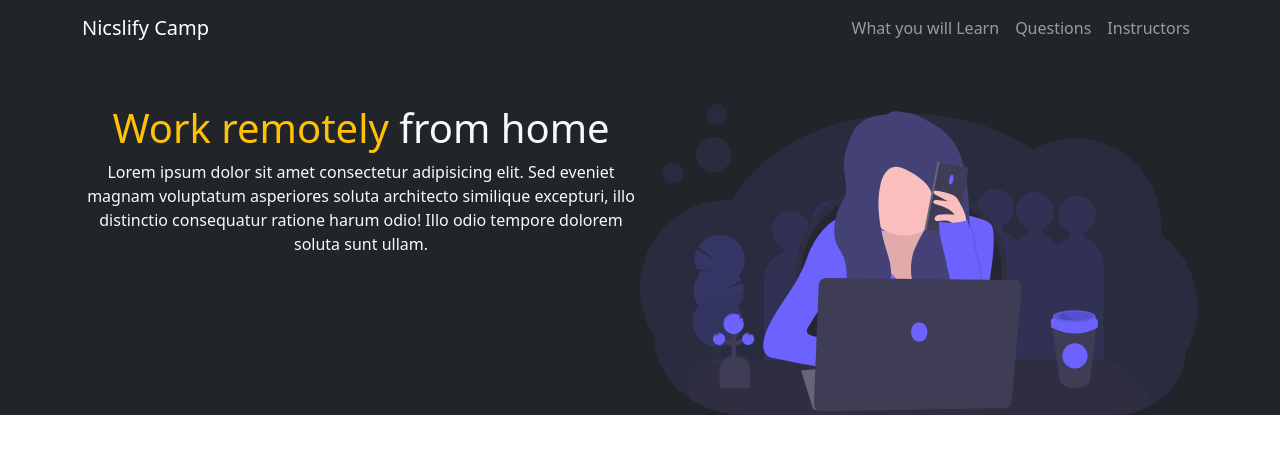
Repository: Eugene44-hub/enrollment-site
Page: index.html
The author's editor kept a copy of each file at every save. The page is drawn from the files as they stood at one save, then again after a run of saves.
The browser window is 1280 px wide. The pictures show the whole page.

Above is the page before, as saved 2021-10-19 16:29:05.

After the next 3 saves:
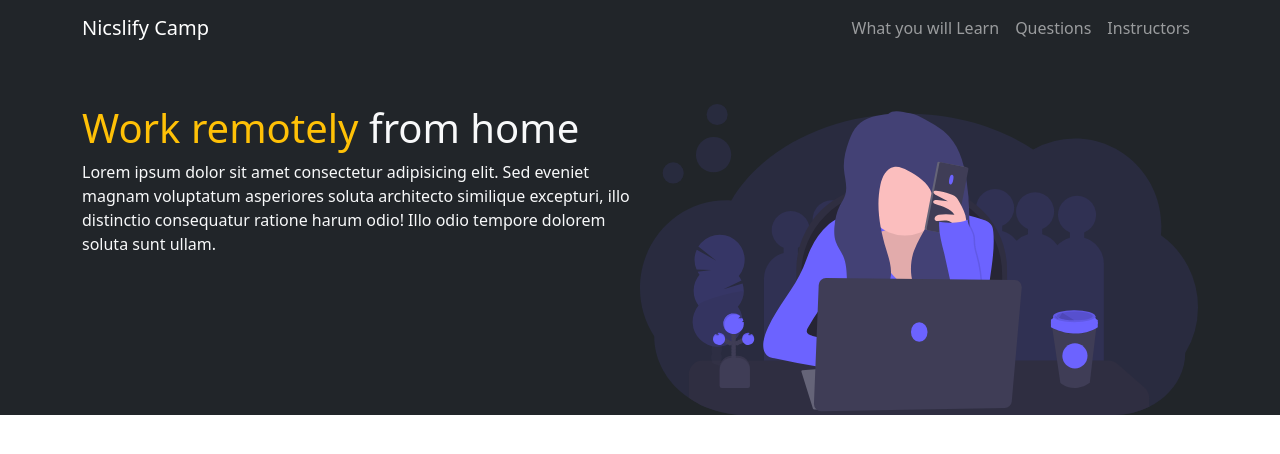
The 3 saves are shown as one change because they came seconds apart.
The last was saved 95 s later.
--- a/index.html
+++ b/index.html
@@ -40,7 +40,7 @@
 
 
     <!-- showCase starts -->
-    <section class="bg-dark text-light text-sm-center">
+    <section class="bg-dark text-light text-sm -center">
         <div class="container">
             <div class="d-md-flex pt-5">
                 <div>

After the save that followed:
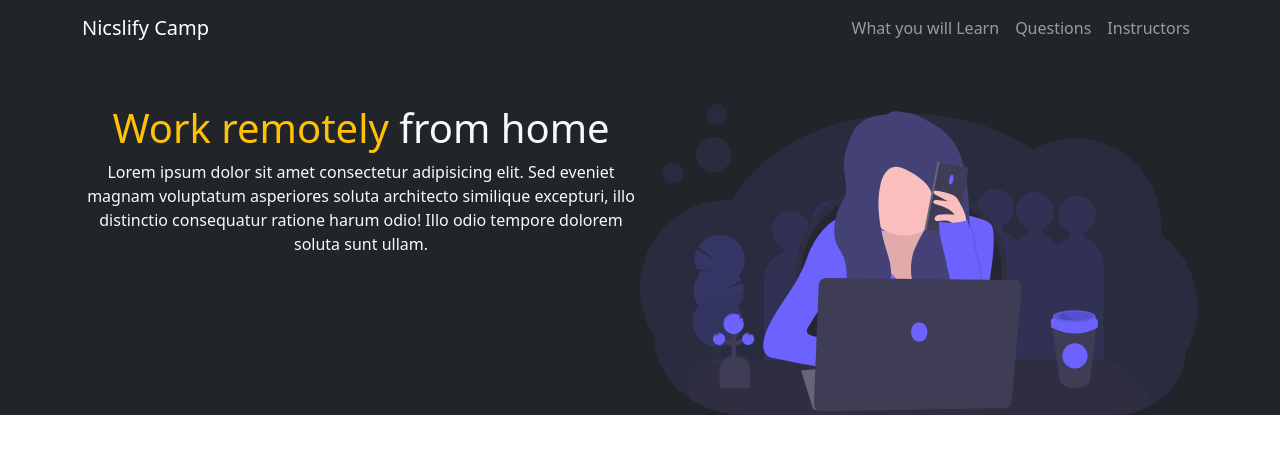
Saved 17 s later.
--- a/index.html
+++ b/index.html
@@ -40,7 +40,7 @@
 
 
     <!-- showCase starts -->
-    <section class="bg-dark text-light text-sm -center">
+    <section class="bg-dark text-light text-sm-center">
         <div class="container">
             <div class="d-md-flex pt-5">
                 <div>
